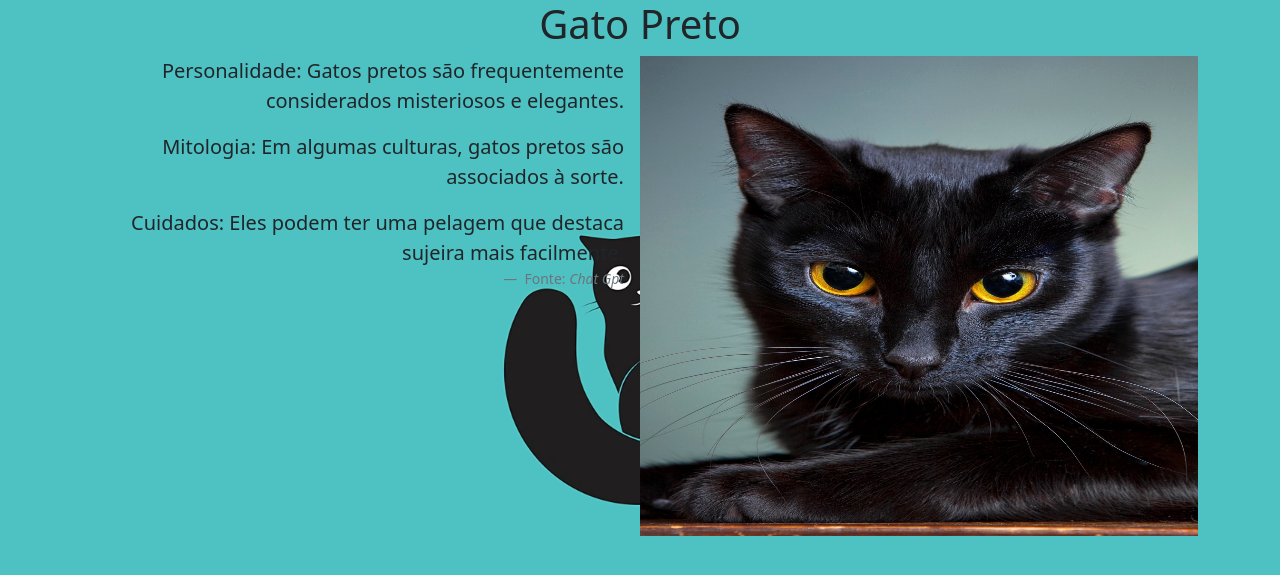
Repository: SktYzu/gatitu
Page: index.html
An editor plug-in stored every save of this project. The page is shown before and after a run of saves, followed by the edit.
The browser window is 1280 px wide. The pictures show the whole page.

Above is the page before, as saved 2023-11-27 15:20:02.

### index.html
<!DOCTYPE html>
<html lang="pt-BR">

<head>
    <meta charset="UTF-8">
    <meta name="viewport" content="width=device-width, initial-scale=1.0">
    <link rel="stylesheet" href="https://cdn.jsdelivr.net/npm/bootstrap@5.3.2/dist/css/bootstrap.min.css">
    <script src="https://cdn.jsdelivr.net/npm/bootstrap@5.3.2/dist/js/bootstrap.bundle.min.js"
        integrity="sha384-C6RzsynM9kWDrMNeT87bh95OGNyZPhcTNXj1NW7RuBCsyN/o0jlpcV8Qyq46cDfL"
        crossorigin="anonymous"></script>
    <title>Teste</title>
    <style>
        body {
            background-image: url('cat.jpg');
            background-size: cover;
        }
    </style>
</head>

<body>

    <h1 class="container text-center">Gato Preto</h1>
    <div class="container">

        <div class="clearfix">
            <img src="preto.jpg" class="col-md-6 float-md-end mb-3 ms-md-3" alt="..." height="480px">

            <figure class="text-end">
                <blockquote class="blockquote">
                    <p>Personalidade: Gatos pretos são frequentemente considerados misteriosos e elegantes.</p>
                </blockquote>
                <blockquote class="blockquote">
                    <p>Mitologia: Em algumas culturas, gatos pretos são associados à sorte.</p>
                </blockquote>
                <blockquote class="blockquote">
                    <p>Cuidados: Eles podem ter uma pelagem que destaca sujeira mais facilmente.</p>
                </blockquote>
                <figcaption class="blockquote-footer">
                    Fonte: <cite title="Chat Gpt">Chat Gpt</cite>
                </figcaption>
            </figure>


        </div>
    </div>


</body>

</html>

After the next 4 saves:
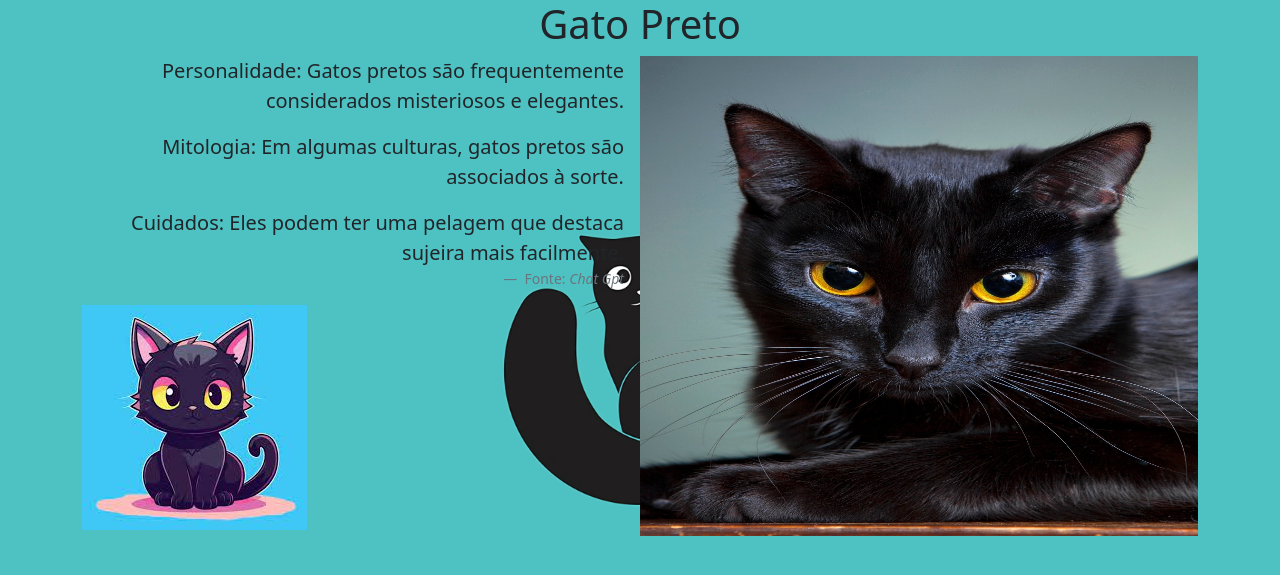
The 4 saves are shown as one change because they came seconds apart.
The last was saved 10 s later.
--- a/index.html
+++ b/index.html
@@ -40,7 +40,7 @@
                 </figcaption>
             </figure>
 
-
+            <img src="pletu.jpg" alt="">
         </div>
     </div>
 
